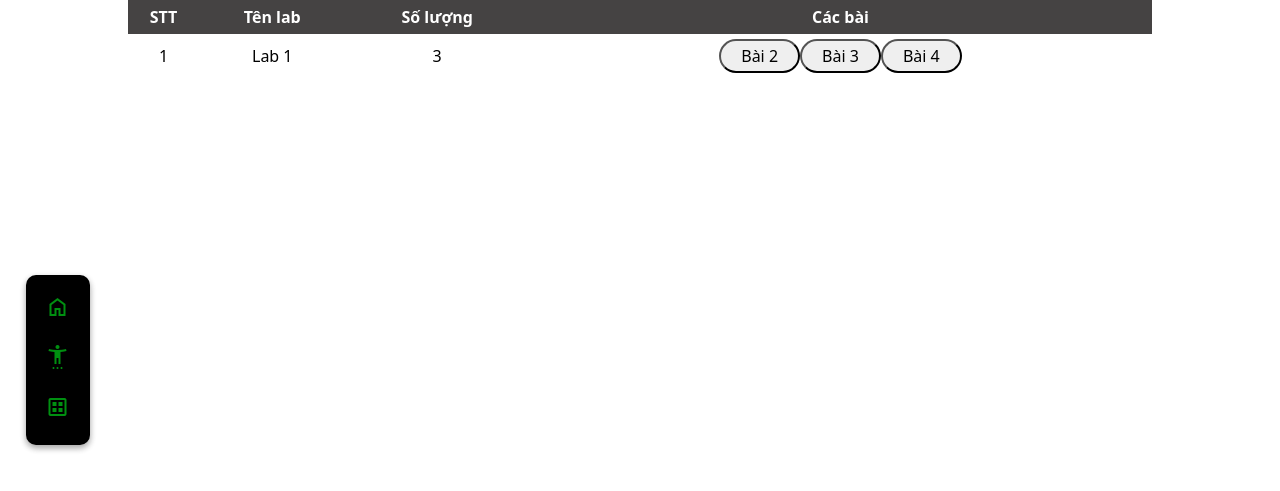
Repository: tuankiet10920/homeworkFEF
Page: /labs
An editor plug-in stored every save of this project. The page is shown before and after the next save, followed by the edit.
The browser window is 1280 px wide. The pictures show the whole page.
The project was rebuilt for these pictures with package versions that can differ from the ones it lists, and the page was loaded fresh each time. Also part of the build but not shown: vite.config.js, src/components/HelloWorld.vue, src/Labs/Lab1/Bai2.vue, src/views/HomeView.vue.

Above is the page before, as saved 2024-10-22 18:22:18.

After the next save:
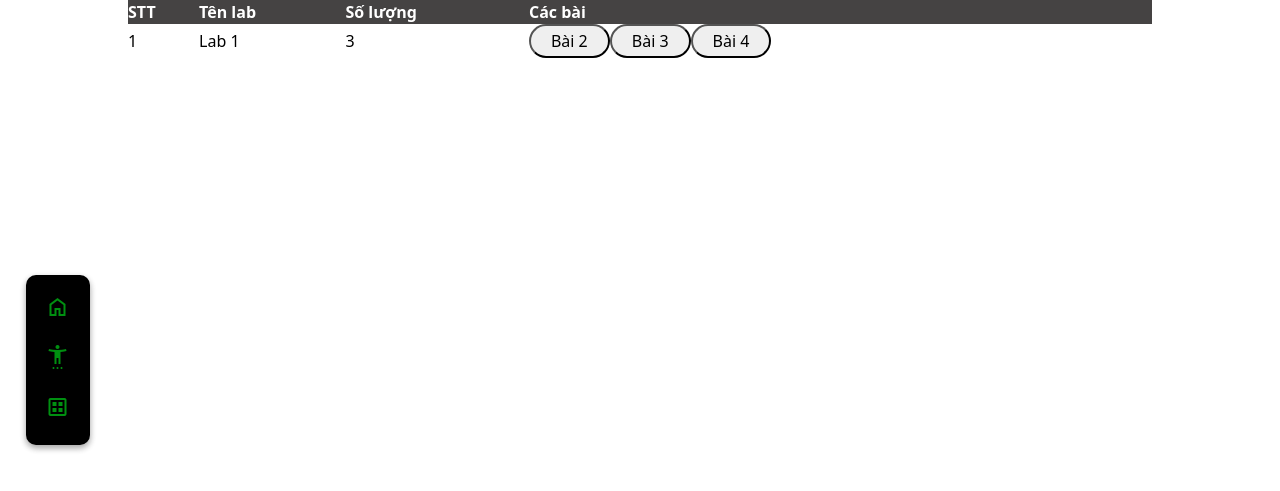
Saved 49 s later.
--- a/src/views/LabView.vue
+++ b/src/views/LabView.vue
@@ -57,11 +57,7 @@ table {
   border-collapse: collapse;
   width: 80%;
 }
-th,
-td {
-  padding: 5px 0px;
-  text-align: left;
-  text-align: center;
+th {
 }
 th {
   background: #454343;
